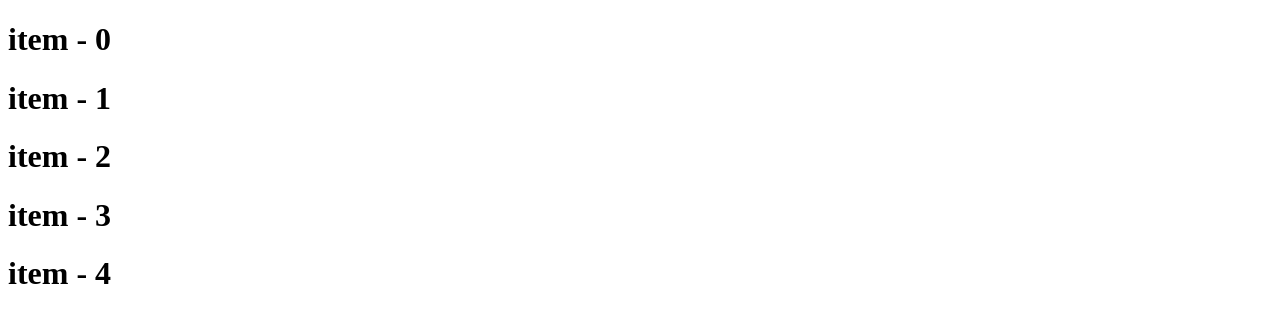
Repository: chlguswns1/web-practice
Page: jQuery/src/main/webapp/01_jQueryBasic.html
These files come from the project's save history. The page is drawn as it stood at one moment and after the next save; the edit follows.
The browser window is 1280 px wide. The pictures show the whole page.

Above is the page before, as saved 2023-03-09 03:34:22.
Console error: ReferenceError: aleter is not defined

After the next save:
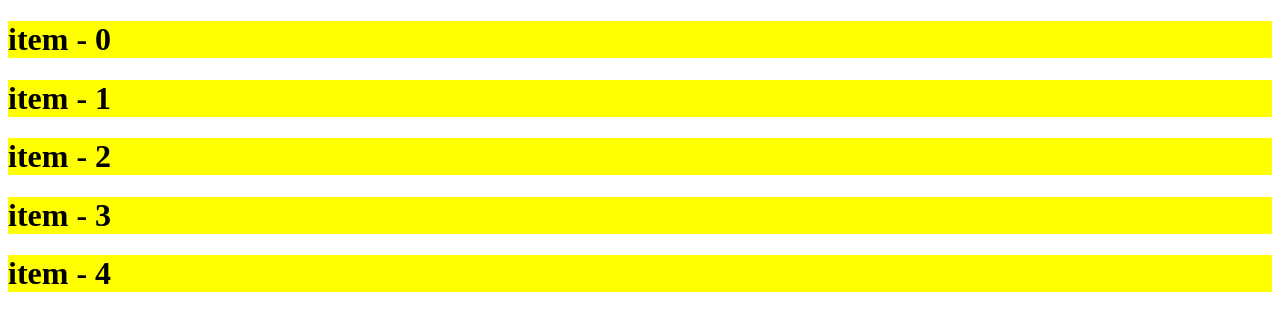
The error is gone.
Saved 17 min 12 s later.
--- a/jQuery/src/main/webapp/01_jQueryBasic.html
+++ b/jQuery/src/main/webapp/01_jQueryBasic.html
@@ -226,7 +226,7 @@ $.each(object, function(index,item){});
 		});
 	})
 	*/
-/* 9. jQuery를 사용한 객체 확장 */
+/* 9. jQuery를 사용한 객체 확장
 	//	- 자바스크릅트에서의 객체 속성 추가
 	$(function () {
 		var object = {};
@@ -250,18 +250,28 @@ $.each(object, function(index,item){});
 		});
 		aleter(output);
 
+		aleter = '';
+
 		$.each(jqueryObject,function(index,item){
 			output += index +':'+item+'\n';
 		});
 		aleter(output);
 	})
-
+	 */
 /* 10. jQuery 라이브러리 충돌 방지 */
 // - jQuery외 prototype 자바스크립트 라이브러리도 동일하게 $를
 //    식별자로 사용.
 // - 따라서 두 라이브러리를 함께 사용시 충돌 발생.
 
-
+	//더이상 실별자 $를 사용할수 없다
+	$.noConflict();//더이상 제이쿼리라는 함수로$를인식하지 않는다
+	//이함수를 사용하면 원래이름을 사용해야 한다
+	jQuery(document).ready(function(){});
+
+	var J = jQuery;
+	J(document).ready(function(){
+		J('h1').addClass('high-light')
+	});
 </script>
 </head>
 <body>
